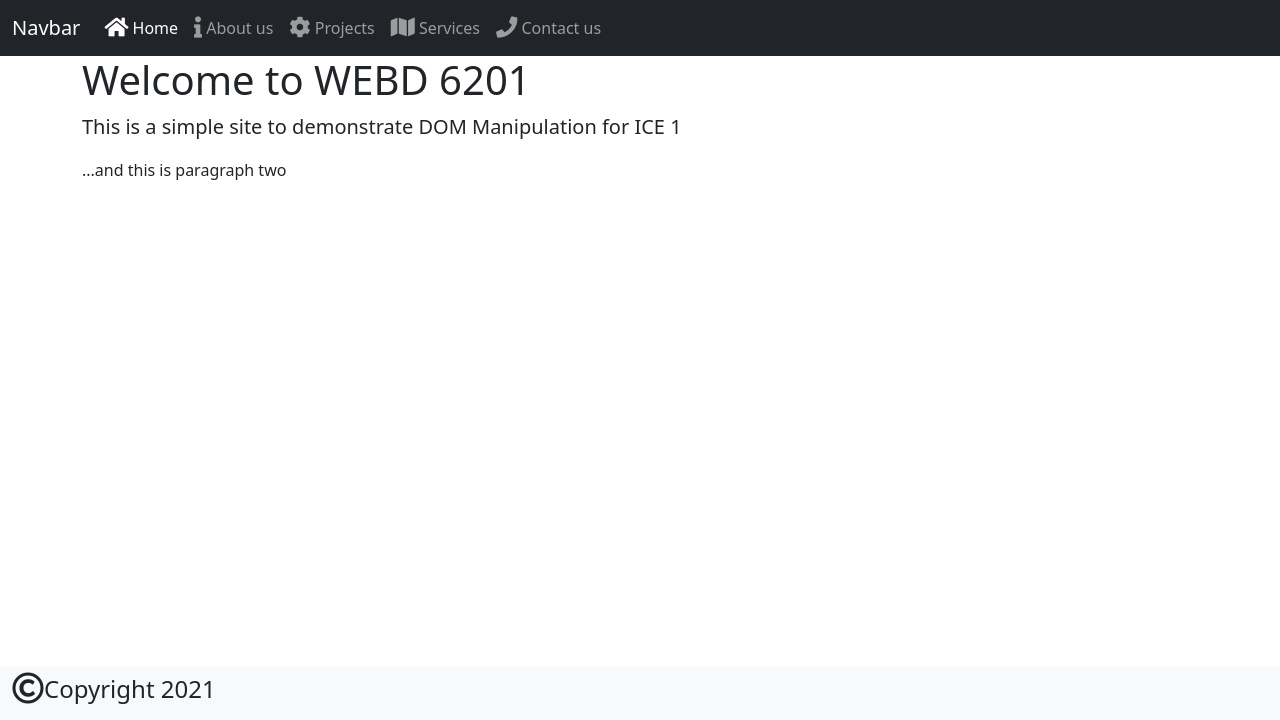
Repository: Hasib001/WEBD6201---W2021---ICE-1
Page: index.html
An editor plug-in stored every save of this project. The page is shown before and after the next save, followed by the edit.
The browser window is 1280 px wide. The pictures show the whole page.

Above is the page before, as saved 2021-01-22 23:10:06.

After the next save:
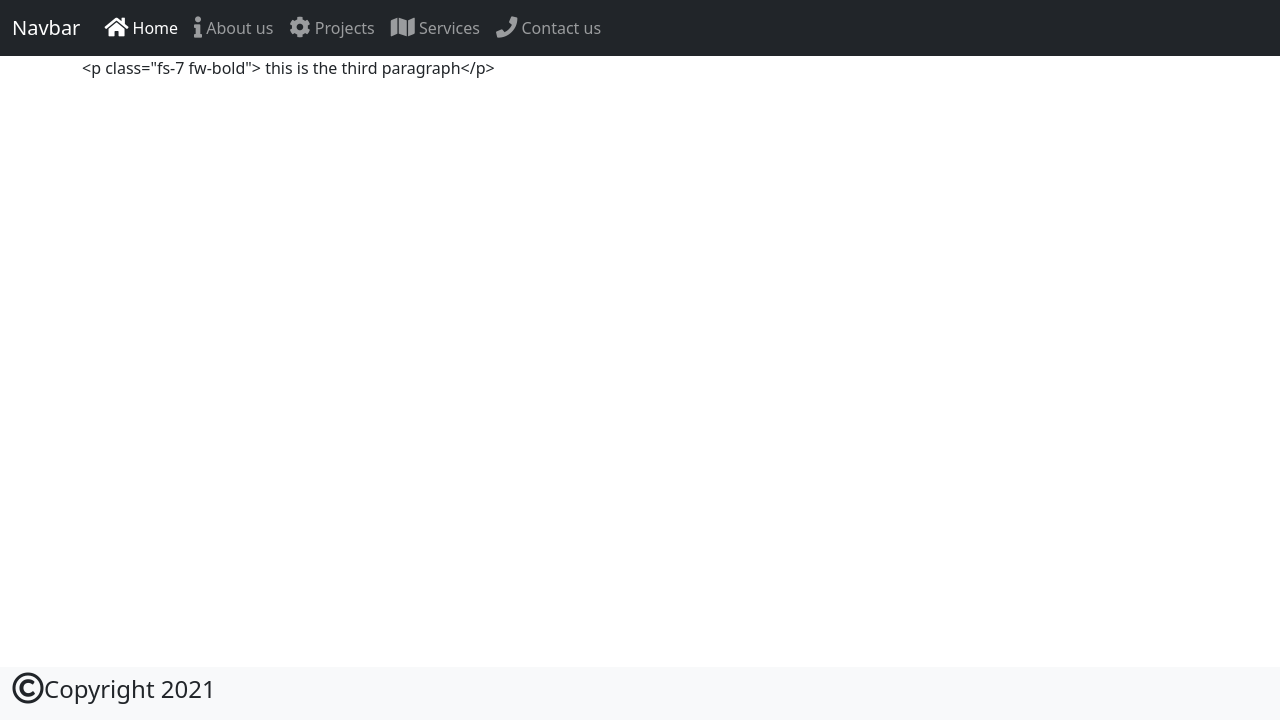
Saved 4 min 30 s later.
--- a/Scripts/app.js
+++ b/Scripts/app.js
@@ -30,6 +30,12 @@
         //step 4. Add/Insert the element
         mainContent.appendChild(newParagraph);
 
+        newParagraph.className="fs-6";
+
+        let paragraphThree = `<p class="fs-7 fw-bold"> this is the third paragraph</p>`;
+
+        mainContent.textContent=paragraphThree;
+
 
 
 
